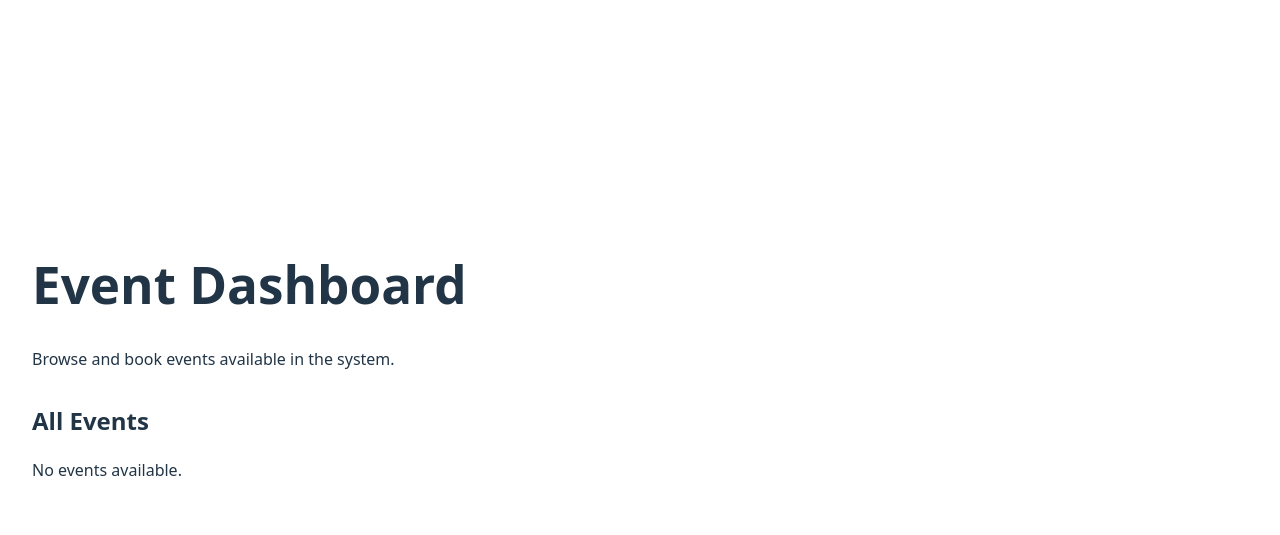
Repository: EphrahimLaanyu123/Karis
Page: /dashboard
The author's editor kept a copy of each file at every save. The page is drawn from the files as they stood at one save, then again after the next save.
The browser window is 1280 px wide. The pictures show the whole page.
The page's requests for data from a server got no answer. The project was rebuilt for these pictures with package versions that can differ from the ones it lists, and the page was loaded fresh each time. No one was signed in, and anything a server would have sent is missing. Also part of the build but not shown: vite.config.js, src/components/Auth.jsx, src/components/admin/Dashboard.jsx, src/components/admin/ProtectedAdminRoute.jsx.

Above is the page before, as saved 2025-05-16 22:08:38.

After the next save:
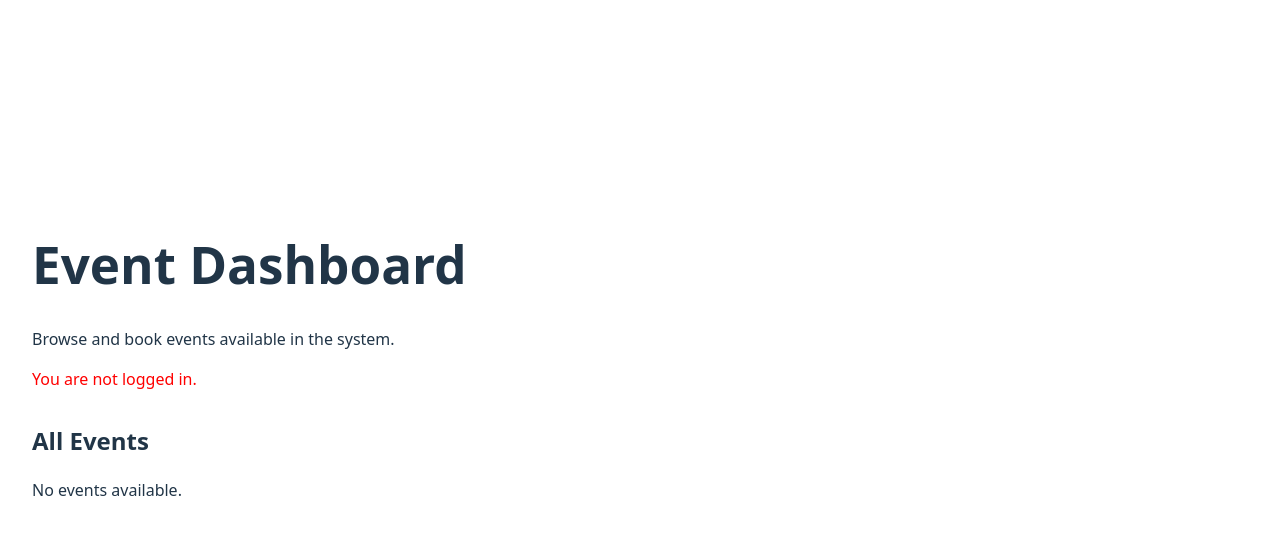
Saved 5 min 3 s later.
--- a/src/components/Dashboard.jsx
+++ b/src/components/Dashboard.jsx
@@ -10,10 +10,19 @@ const Dashboard = () => {
   useEffect(() => {
     const loadUserAndEvents = async () => {
       try {
-        // Get user from localStorage
-        const storedUser = JSON.parse(localStorage.getItem('user'));
-        if (storedUser && storedUser._id) {
-          setUserId(storedUser._id);
+        const storedUser = localStorage.getItem('user');
+
+        if (!storedUser) {
+          console.warn('No user found in localStorage');
+          setUserId(null);
+        } else {
+          const parsedUser = JSON.parse(storedUser);
+          if (parsedUser && parsedUser._id) {
+            console.log('Logged in as user ID:', parsedUser._id);
+            setUserId(parsedUser._id);
+          } else {
+            console.warn('Invalid user object in localStorage:', parsedUser);
+          }
         }
 
         // Fetch all events
@@ -23,13 +32,10 @@ const Dashboard = () => {
         }
 
         const data = await res.json();
-        console.log("Fetched events data:", data);
-
-        // Handle both { events: [...] } and raw array
         const eventsArray = Array.isArray(data) ? data : data.events || [];
         setEvents(eventsArray);
       } catch (error) {
-        console.error('Error loading events:', error);
+        console.error('Error loading data:', error);
       } finally {
         setLoading(false);
       }
@@ -81,10 +87,22 @@ const Dashboard = () => {
     }
   };
 
+  const handleLogout = () => {
+    localStorage.removeItem('user');
+    setUserId(null);
+    alert('Logged out');
+  };
+
   return (
     <div style={{ padding: '2rem' }}>
       <h1>Event Dashboard</h1>
       <p>Browse and book events available in the system.</p>
+
+      {userId ? (
+        <p><strong>Logged in as:</strong> {userId} <button onClick={handleLogout}>Log out</button></p>
+      ) : (
+        <p style={{ color: 'red' }}>You are not logged in.</p>
+      )}
 
       <h2 style={{ marginTop: '2rem' }}>All Events</h2>
 
